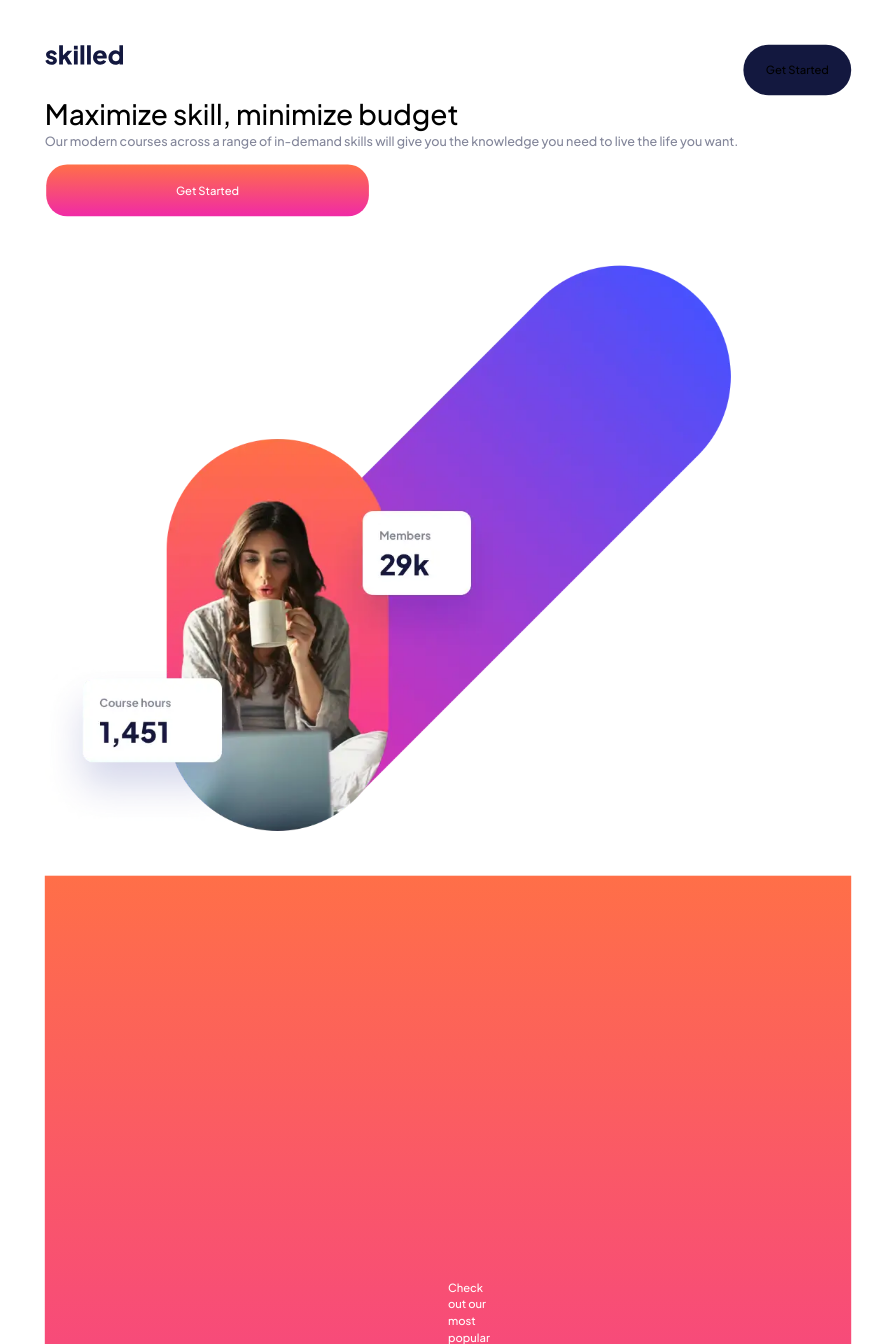
Repository: blordeus/Skilled-e-learning-landing-page
Page: index.html
The author's editor kept a copy of each file at every save. The page is drawn from the files as they stood at one save, then again after a run of saves.
The browser window is 1280 px wide. The pictures show the part of the page from y = 0 to 1920 px (the page is 2975 px tall), at 70% of full size.

Above is the page before, as saved 2023-06-17 20:16:15.

After the next 2 saves:
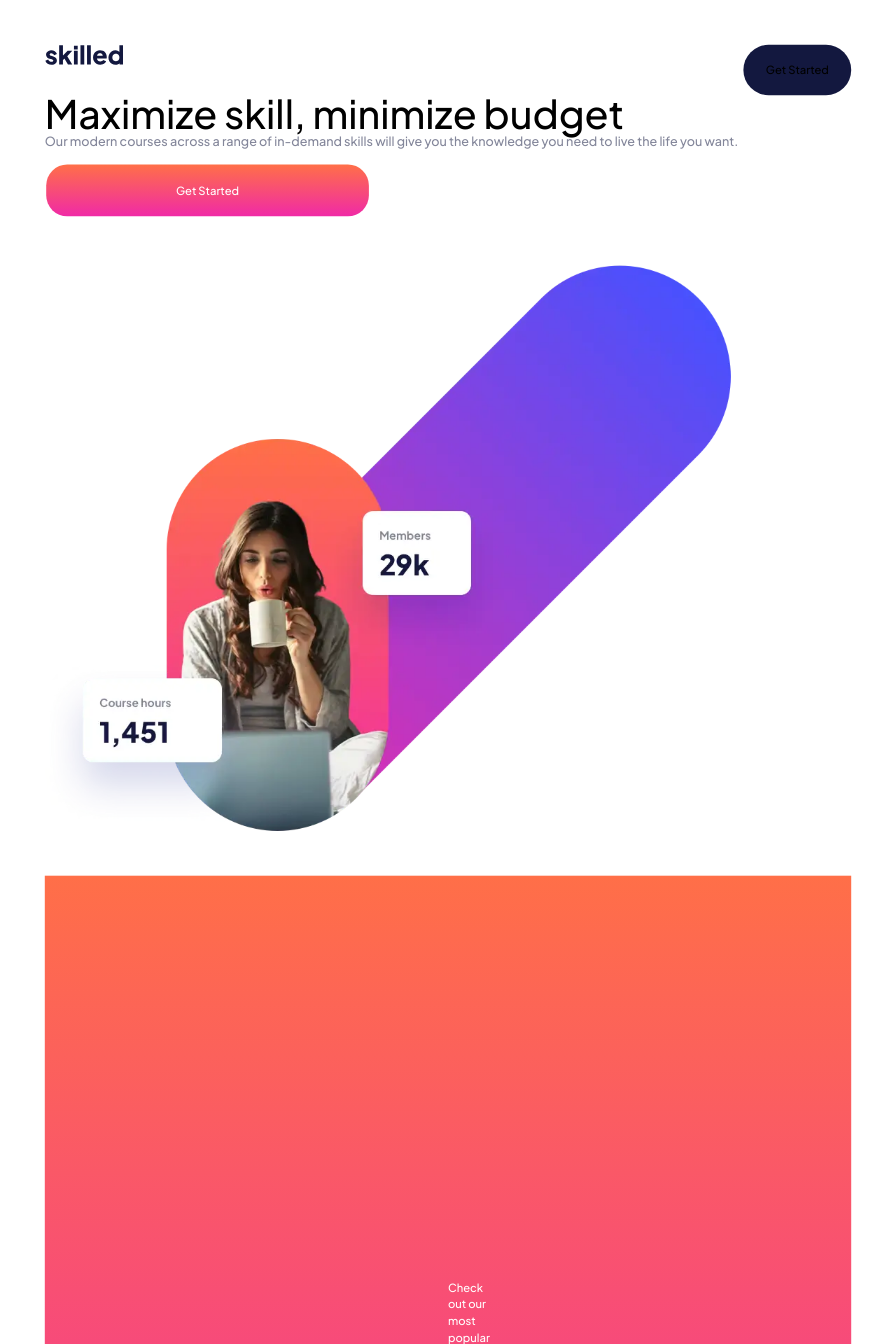
The 2 saves are shown as one change because they came seconds apart.
The last was saved 76 s later.
--- a/index.html
+++ b/index.html
@@ -21,7 +21,7 @@
     </div >
 
     <div class="hero-section grid grid-flow-row">
-      <h1 class="text-heading-xl leading-70 sm:text-heading-l sm:leading-51">Maximize skill, minimize budget</h1>
+      <h1 class="text-heading-xl leading-70 font-sm:text-heading-l sm:leading-51">Maximize skill, minimize budget</h1>
       <p class="text-skilled-color3 text-body-m leading-28 pb-4">
         Our modern courses across a range of in-demand skills will give you the
         knowledge you need to live the life you want.

After the save that followed:
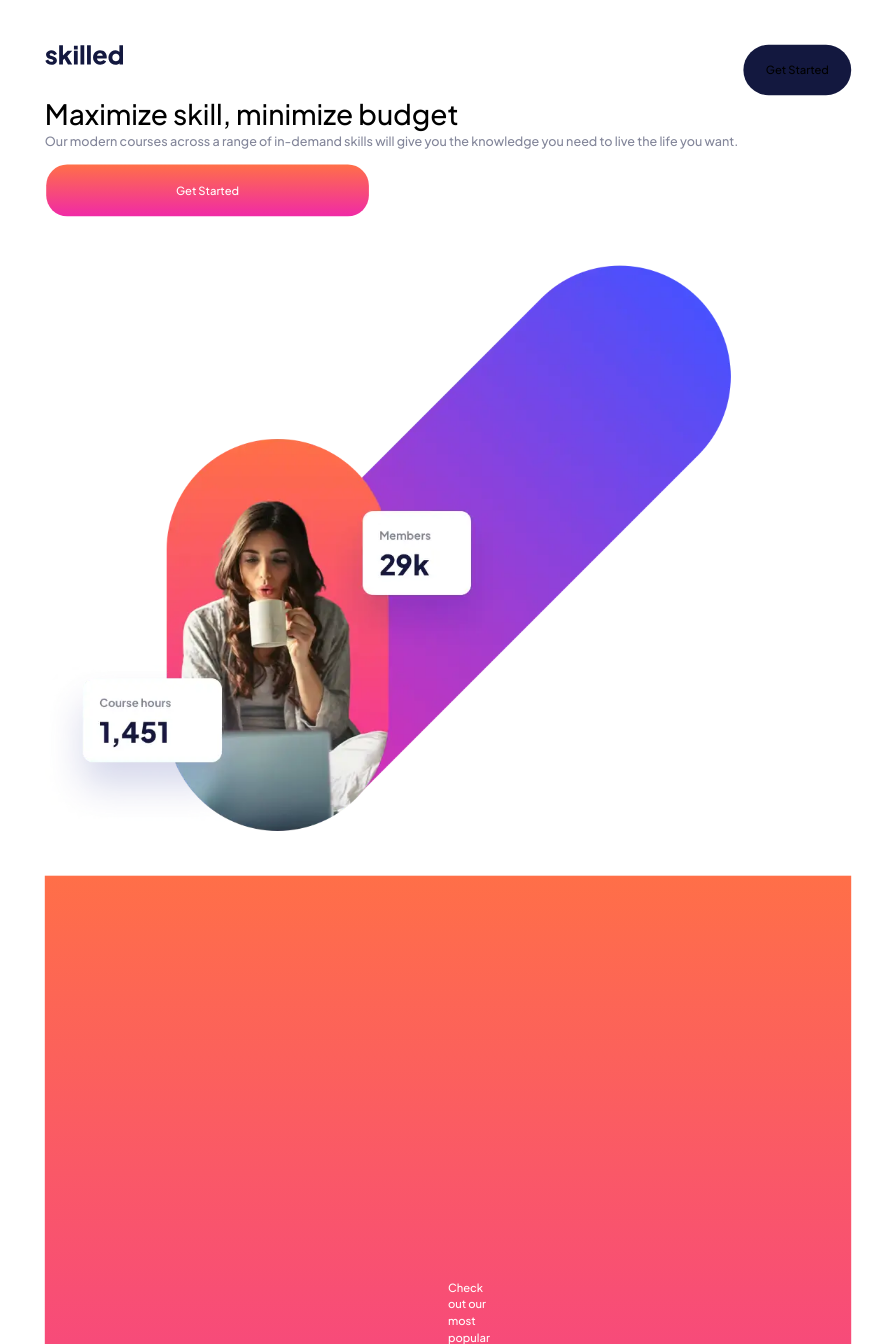
Saved 4 s later.
--- a/index.html
+++ b/index.html
@@ -21,7 +21,7 @@
     </div >
 
     <div class="hero-section grid grid-flow-row">
-      <h1 class="text-heading-xl leading-70 font-sm:text-heading-l sm:leading-51">Maximize skill, minimize budget</h1>
+      <h1 class="text-heading-xl leading-70 font-weight: 800 sm:text-heading-l sm:leading-51">Maximize skill, minimize budget</h1>
       <p class="text-skilled-color3 text-body-m leading-28 pb-4">
         Our modern courses across a range of in-demand skills will give you the
         knowledge you need to live the life you want.
